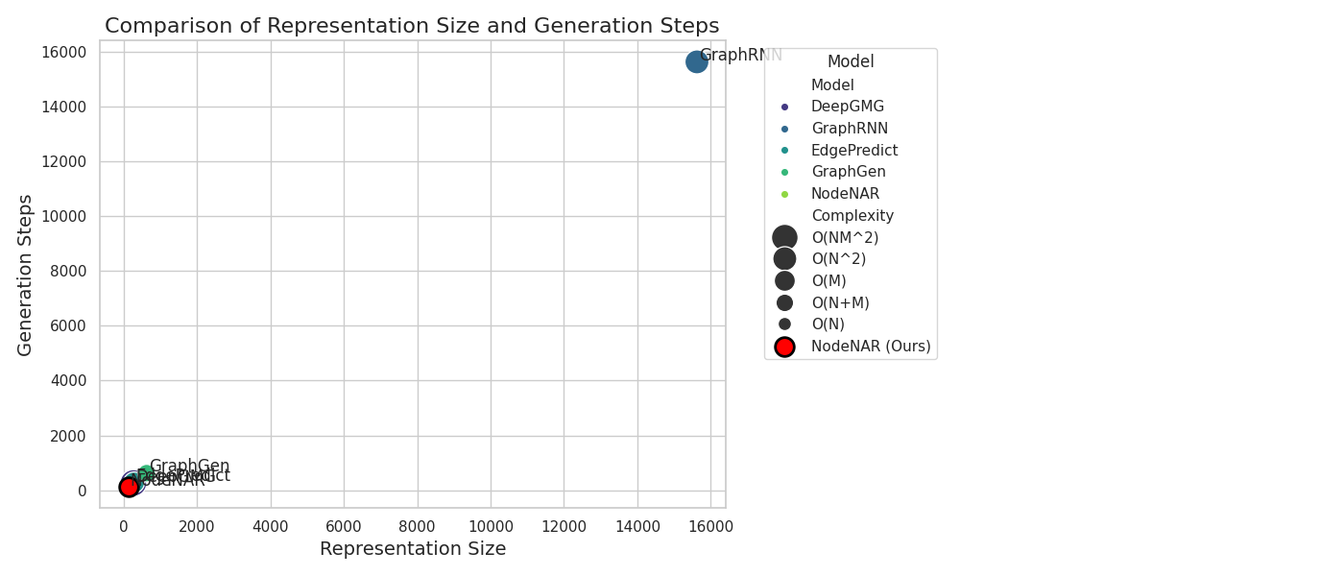
Repository: ChloeKiwi/dgae_related_all
Script's output: python fork-main/plot.py
These files come from the project's save history. The script's output is drawn as it stood at one moment and after the next save; the edit follows.
The pictures are shown at 96% of full size.
Figures wider than 1,400 px are first shrunk to that width. Random numbers start from a fixed seed.

Above is the script's output before, as saved 2025-02-24 17:27:44.

### fork-main/plot.py
import matplotlib.pyplot as plt
import seaborn as sns
import pandas as pd

# 数据准备
data = {
    "Model": ["DeepGMG", "GraphRNN", "EdgePredict", "GraphGen", "NodeNAR"],
    "Representation Size": [266, 15625, 282, 625, 125],  # 表示大小
    "Generation Steps": [266, 15625, 282, 625, 125],     # 生成步骤
    "Complexity": ["O(NM^2)", "O(N^2)", "O(M)", "O(N+M)", "O(N)"]  # 复杂度
}

# 转换为 DataFrame
df = pd.DataFrame(data)

# 设置 Seaborn 风格
sns.set(style="whitegrid")

# 创建散点图
plt.figure(figsize=(10, 6))
scatter = sns.scatterplot(
    x="Representation Size",
    y="Generation Steps",
    hue="Model",
    size="Complexity",  # 用点的大小表示复杂度
    sizes=(100, 400),  # 点的大小范围
    palette="viridis",  # 颜色方案
    data=df
)

# 突出显示 NodeNAR
node_nar = df[df["Model"] == "NodeNAR"]
plt.scatter(
    node_nar["Representation Size"],
    node_nar["Generation Steps"],
    color="red",
    s=200,  # 点的大小
    label="NodeNAR (Ours)",
    edgecolor="black",
    linewidth=2
)

# 添加标签
for i, row in df.iterrows():
    plt.text(
        row["Representation Size"] + 50,  # X 轴偏移
        row["Generation Steps"] + 50,     # Y 轴偏移
        row["Model"],
        fontsize=12,
        ha="left"
    )

# 设置标题和标签
plt.title("Comparison of Representation Size and Generation Steps", fontsize=16)
plt.xlabel("Representation Size", fontsize=14)
plt.ylabel("Generation Steps", fontsize=14)

# 显示图例
plt.legend(title="Model", bbox_to_anchor=(1.05, 1), loc='upper left')

# 显示图表
plt.tight_layout()

plt.savefig('rep.pdf')

plt.show()

After the next save:
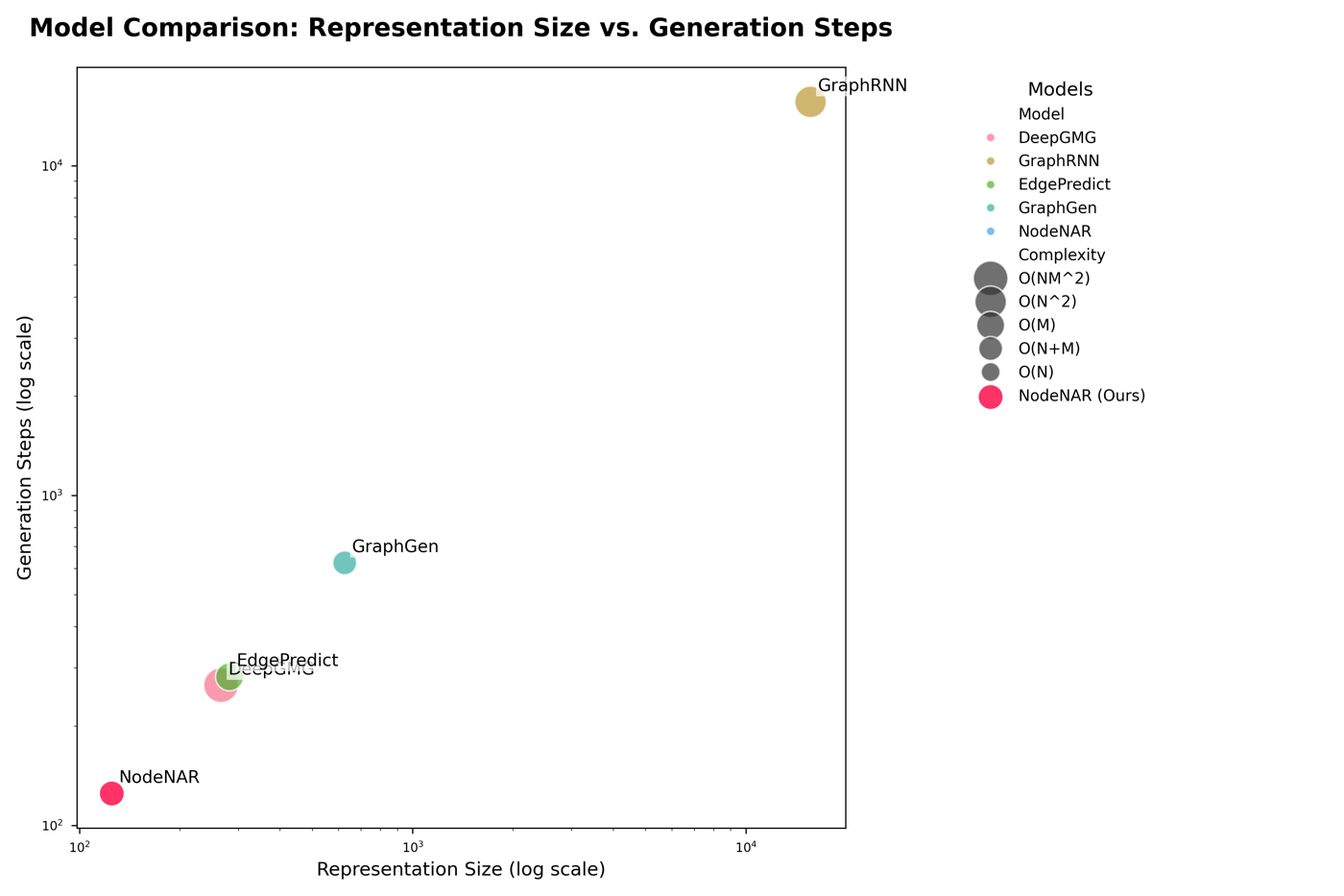
Saved 5 min 20 s later.
--- a/fork-main/plot.py
+++ b/fork-main/plot.py
@@ -13,54 +13,74 @@ data = {
 # 转换为 DataFrame
 df = pd.DataFrame(data)
 
-# 设置 Seaborn 风格
-sns.set(style="whitegrid")
+# 设置整体风格和颜色
+plt.style.use('seaborn-v0_8-paper')  # 使用更专业的风格
+sns.set_palette("husl")  # 使用更鲜明的颜色方案
 
-# 创建散点图
-plt.figure(figsize=(10, 6))
+# 创建图形，设置更大的尺寸和更高的DPI
+plt.figure(figsize=(12, 8), dpi=300)
+
+# 创建散点图，使用更优雅的参数
 scatter = sns.scatterplot(
     x="Representation Size",
     y="Generation Steps",
     hue="Model",
-    size="Complexity",  # 用点的大小表示复杂度
-    sizes=(100, 400),  # 点的大小范围
-    palette="viridis",  # 颜色方案
+    size="Complexity",
+    sizes=(150, 500),  # 增加点的大小范围
+    alpha=0.7,  # 添加透明度
     data=df
 )
 
-# 突出显示 NodeNAR
+# 突出显示 NodeNAR，使用更醒目的样式
 node_nar = df[df["Model"] == "NodeNAR"]
 plt.scatter(
     node_nar["Representation Size"],
     node_nar["Generation Steps"],
-    color="red",
-    s=200,  # 点的大小
+    color="#FF3366",  # 使用更醒目的红色
+    s=300,  # 增大点的大小
     label="NodeNAR (Ours)",
-    edgecolor="black",
-    linewidth=2
+    edgecolor="white",  # 白色边框更显眼
+    linewidth=2,
+    zorder=5  # 确保显示在最上层
 )
 
-# 添加标签
+# 优化标签位置和样式
 for i, row in df.iterrows():
+    x_offset = row["Representation Size"] * 0.05  # 动态计算偏移量
+    y_offset = row["Generation Steps"] * 0.05
     plt.text(
-        row["Representation Size"] + 50,  # X 轴偏移
-        row["Generation Steps"] + 50,     # Y 轴偏移
+        row["Representation Size"] + x_offset,
+        row["Generation Steps"] + y_offset,
         row["Model"],
-        fontsize=12,
-        ha="left"
+        fontsize=11,
+        ha="left",
+        va="bottom",
+        bbox=dict(facecolor='white', edgecolor='none', alpha=0.7, pad=1)  # 添加文本背景
     )
 
-# 设置标题和标签
-plt.title("Comparison of Representation Size and Generation Steps", fontsize=16)
-plt.xlabel("Representation Size", fontsize=14)
-plt.ylabel("Generation Steps", fontsize=14)
+# 设置更专业的标题和标签
+plt.title("Model Comparison: Representation Size vs. Generation Steps",
+          fontsize=16, pad=20, fontweight='bold')
+plt.xlabel("Representation Size (log scale)", fontsize=12)
+plt.ylabel("Generation Steps (log scale)", fontsize=12)
 
-# 显示图例
-plt.legend(title="Model", bbox_to_anchor=(1.05, 1), loc='upper left')
+# 设置对数刻度
+plt.xscale('log')
+plt.yscale('log')
 
-# 显示图表
-plt.tight_layout()
+# 优化图例
+plt.legend(title="Models",
+          title_fontsize=12,
+          fontsize=10,
+          bbox_to_anchor=(1.15, 1),
+          loc='upper left',
+          frameon=True,
+          edgecolor='none')
 
-plt.savefig('rep.pdf')
+# 调整布局和边距
+plt.tight_layout(rect=[0, 0, 0.9, 1])  # 为图例留出空间
+
+# 保存图片，设置更高质量
+plt.savefig('rep.pdf', dpi=300, bbox_inches='tight')
 
 plt.show()
